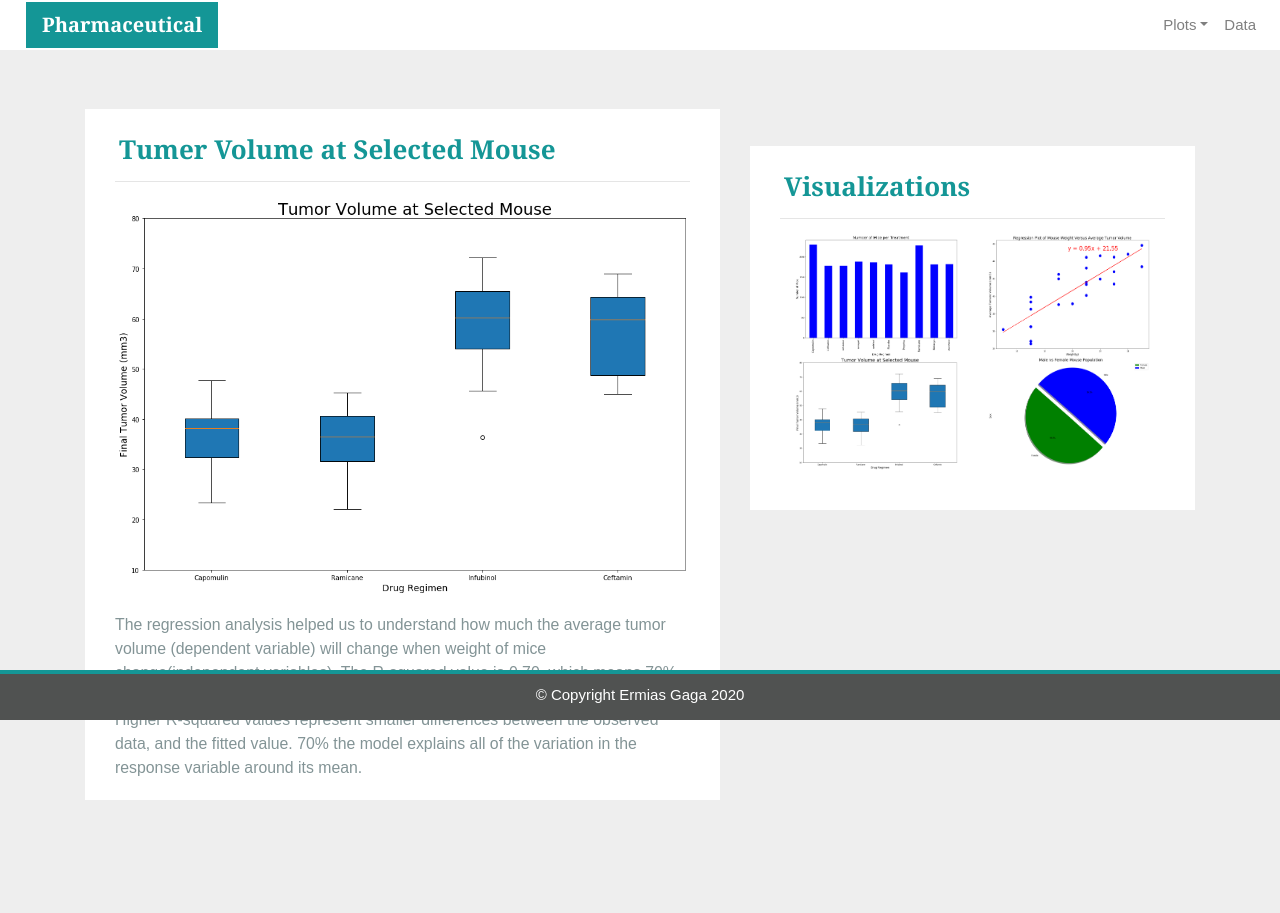
Repository: ermiasgelaye/ermiasgelaye.github.io
Page: Matplotlib-Challenge/box_plot.html
These files come from the project's save history. The page is drawn as it stood at one moment and after the next save; the edit follows.
The browser window is 1280 px wide. The pictures show the whole page.
Some web libraries are served in a nearby version.

Above is the page before, as saved 2020-08-03 00:24:07.

After the next save:
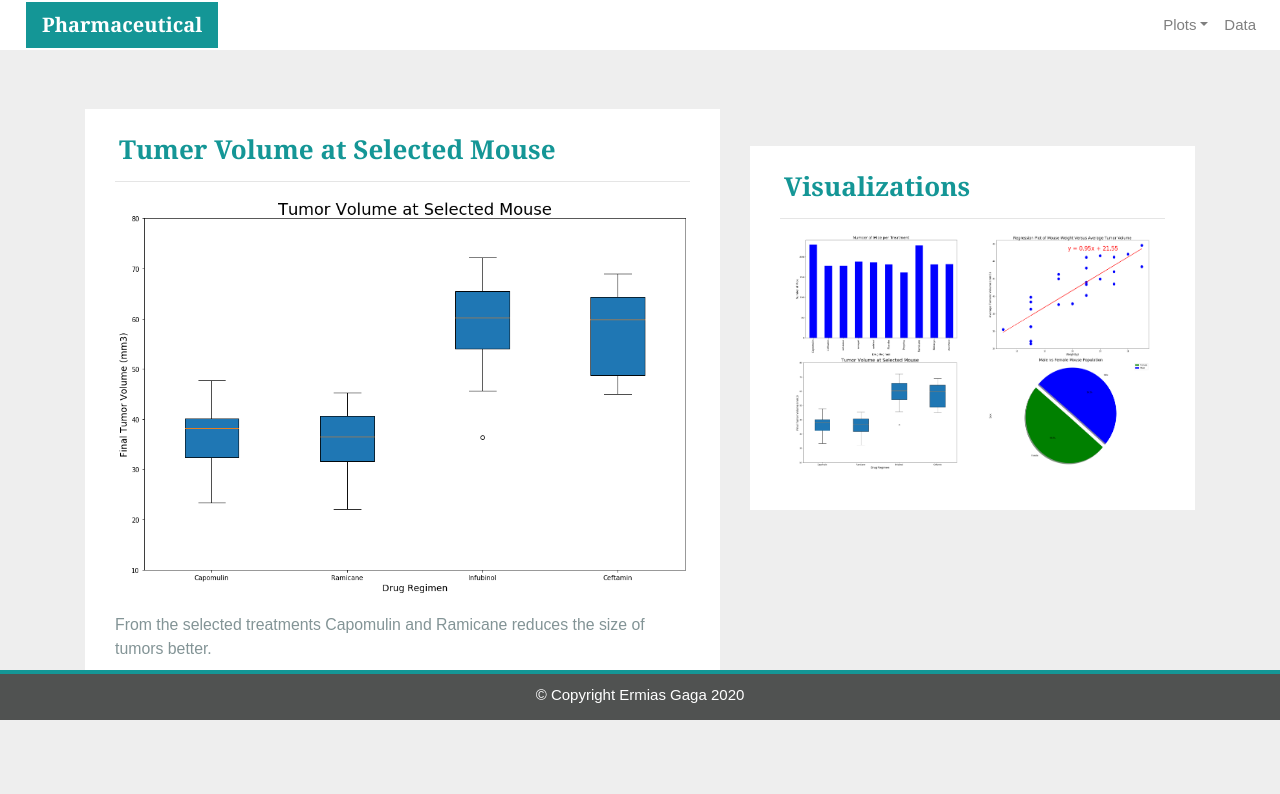
Saved 55 s later.
--- a/Matplotlib-Challenge/box_plot.html
+++ b/Matplotlib-Challenge/box_plot.html
@@ -61,15 +61,7 @@
           <hr>
           <img src="Resources/assets/images/box_plot.png"
             alt="Regreression Plot Mouse Weight Vs. Averaje Tumor Volume">
-          <p>The regression analysis helped us to understand how much the average tumor volume (dependent variable) will
-            change when
-            weight of mice change(independent variables). The R-squared value is 0.70, which means 70% the model fit the
-            data, wich
-            is fairely good to predict the data from the model. Higher R-squared values represent smaller differences
-            between the
-            observed data, and the fitted value. 70% the model explains all of the variation in the response variable
-            around its
-            mean.</p>
+          <p>From the selected treatments Capomulin and Ramicane reduces the size of tumors better.</p>
         </div>
       </div>
       <div class="col-lg-5 col-md-12">
